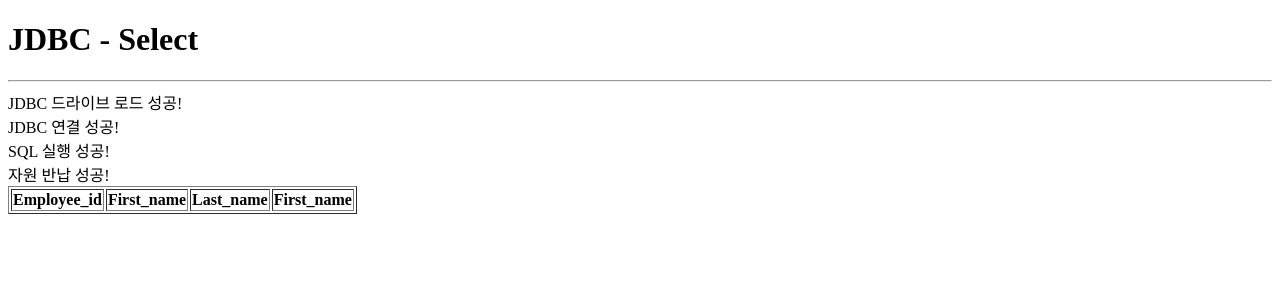
Repository: khy4701/JavaServerPage-Servlet
Page: http://localhost/05.JDBCProject/select.jsp
An editor plug-in stored every save of this project. The page is shown before and after the next save, followed by the edit.
The browser window is 1280 px wide. The pictures show the whole page.
The page is served by Tomcat 9. Other server files are loaded and not shown. Queries for data that is not in the repository find no rows.

Above is the page before, as saved 2016-07-20 06:55:57.

### 05.JDBCProject/WebContent/select.jsp
<%@ page language="java" contentType="text/html; charset=UTF-8"
    import = "java.sql.*" pageEncoding="UTF-8"%>

<!DOCTYPE html>
<html>
<head>
<meta charset="UTF-8">
<title>Insert title here</title>
</head>
<body>

<h1> JDBC - Select</h1>
<hr>
<%
	//1. JDBC 드라이버 로드
	// Driver Manager를 사용할 수 있도록 하기 위함
	try{
		Class.forName("oracle.jdbc.driver.OracleDriver");
		out.print("JDBC 드라이브 로드 성공!<br>");
	}catch(ClassNotFoundException e)
    {
		 out.print("JDBC 드라이브 로드 실패!<br>");
    }

	Connection con = null;

	try{
		//2. DB 서버 연결
		con = DriverManager.getConnection("jdbc:oracle:thin:@localhost:1521:xe","hr","hr");
		out.print("JDBC 연결 성공!<br>");
	}catch(SQLException e)
	{
		out.print("JDBC 연결 실패!<br>");
	}

	//3. SQL문 실행
	PreparedStatement psmt = null;
	ResultSet rs = null;

	try{
		String sql = "select * from employees";
		psmt = con.prepareStatement(sql);
		rs = psmt.executeQuery();

		out.print("SQL 실행 성공!<br>");
	} catch (SQLException e) {
		out.print("SQL 실행 실패!<br>");
	}

	//4. 결과 처리
	out.print("<table border =\"1\">");
	out.print("<tr> <th>Employee_id</th> <th>First_name</th> ");
	out.print("<th>Last_name</th> <th>First_name</th> ");
	while(rs.next())
	{
		out.print("<tr><td>");
		out.print(rs.getInt("employee_id")+" ");
		out.print("</td><td>");
		out.print(rs.getString("first_name")+"<br>");
		out.print("</td><td>");
		out.print(rs.getString("last_name"));
		out.print("</td><td>");
		out.print(rs.getString("email"));
		out.print("</td><td>");
		out.print(rs.getString("phone_number"));
		out.print("</td><td>");
		out.print(rs.getString("hire_date"));
		out.print("</td><tr>");
	}


	//5. 자원 반납
	// 생성한것의 반대로 반납함.
	try {
		rs.close();
		psmt.close();
		con.close();
		out.print("자원 반납 성공!<br>");
	} catch (SQLException e) {
		out.print("자원 반납 실패!<br>");
	}
%>


</body>
</html>

After the next save:
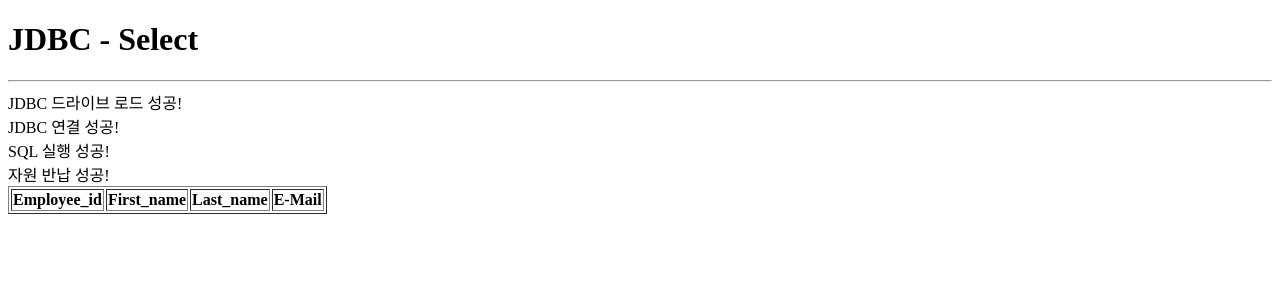
Saved 10 s later.
--- a/05.JDBCProject/WebContent/select.jsp
+++ b/05.JDBCProject/WebContent/select.jsp
@@ -50,7 +50,7 @@
 	//4. 결과 처리
 	out.print("<table border =\"1\">");
 	out.print("<tr> <th>Employee_id</th> <th>First_name</th> ");
-	out.print("<th>Last_name</th> <th>First_name</th> ");
+	out.print("<th>Last_name</th> <th>E-Mail</th> ");
 	while(rs.next())
 	{
 		out.print("<tr><td>");
